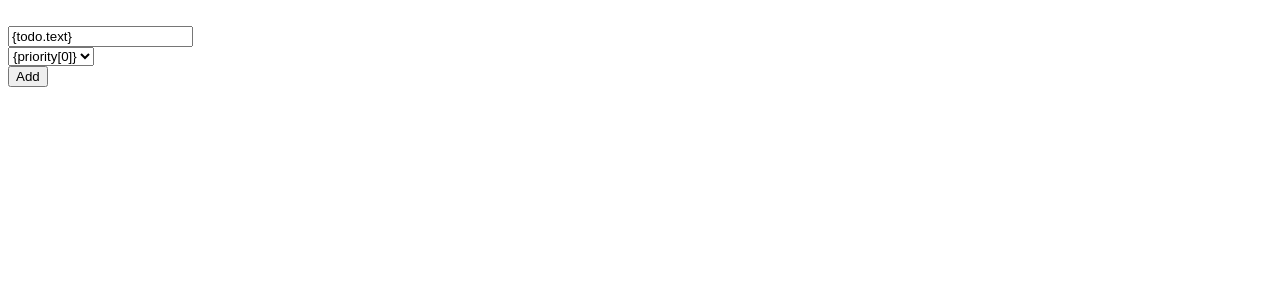
Repository: nicobrinkkemper/firebase-svelte-tododemo
Page: src/components/TodoForm/TodoFormView/TodoFormView.html
An editor plug-in stored every save of this project. The page is shown before and after the next save, followed by the edit.
The browser window is 1280 px wide. The pictures show the whole page.

Above is the page before, as saved 2018-11-24 19:57:29.
Console error: SyntaxError: Cannot use import statement outside a module

After the next save:
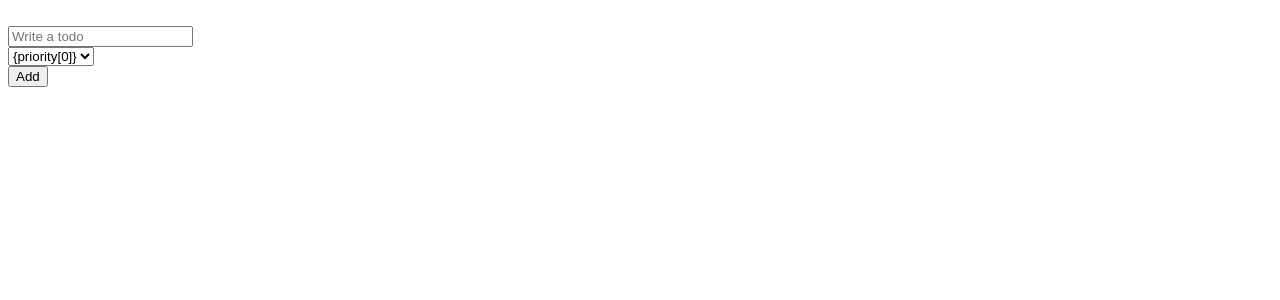
Saved 36 s later.
--- a/src/components/TodoForm/TodoFormView/TodoFormView.html
+++ b/src/components/TodoForm/TodoFormView/TodoFormView.html
@@ -2,13 +2,13 @@
 	<div class="col-md-12">
 		<br />
 		<div class="input-group">
-			<input class="form-control text" type="text" required={true} value={todo.text} placeholder="Write a todo" onKeyUp={onSubmit}
+			<input class="form-control text" type="text" required={true} bind:value="todo.text" placeholder="Write a todo" onKeyUp={onSubmit}
 			 onChange={onTextChange} />
 			<div class="input-group-append">
 				<Flatpickr options="{ flatpickrOptions }" bind:value="todo.datetime" placeholder="select date and time" on:change="handelDateTimeChange(...event)"
 				/>
 			</div>
-			<select class="form-control priority" value={todo.priority || 0} onChange={onPriorityChange}>
+			<select class="form-control priority" bind:value="todo.priority" onChange={onPriorityChange}>
 				<option value={0}>{priority[0]}</option>
 				<option value={1}>{priority[1]}</option>
 				<option value={2}>{priority[2]}</option>
